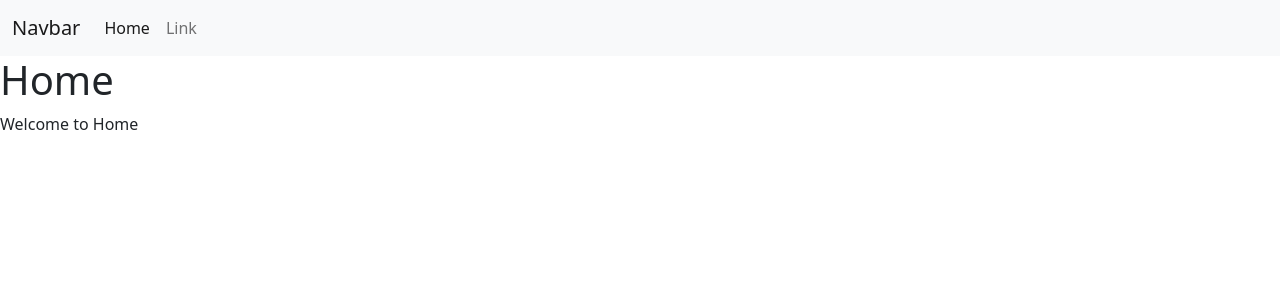
Repository: BlessingAjiboye/WEEK3DEP
Page: http://localhost/
The author's editor kept a copy of each file at every save. The page is drawn from the files as they stood at one save, then again after the next save.
The browser window is 1280 px wide. The pictures show the whole page.
The page is served by the project's Node server (server.js).

Above is the page before, as saved 2022-09-20 12:40:08.

After the next save:
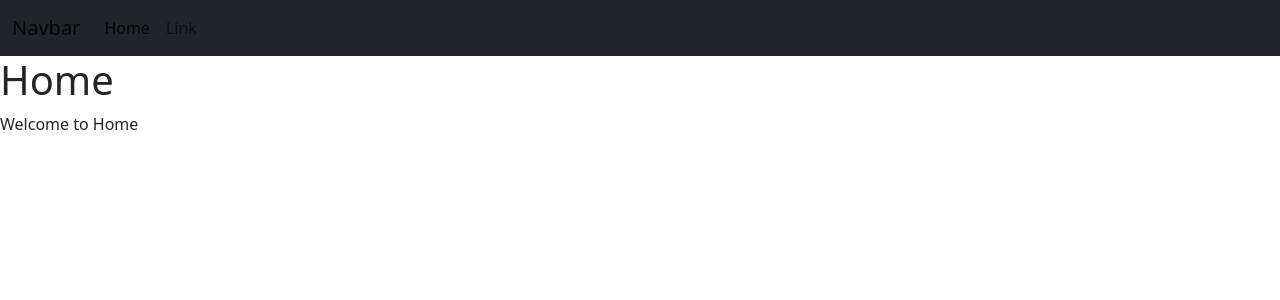
Saved 2 min 20 s later.
--- a/views/index.ejs
+++ b/views/index.ejs
@@ -11,7 +11,7 @@
   <link rel='stylesheet' href='/Content/app.css' />
 </head>
 <body>
-  <nav class="navbar navbar-expand-lg bg-light">
+  <nav class="navbar navbar-expand-lg bg-dark">
     <div class="container-fluid">
       <a class="navbar-brand" href="#">Navbar</a>
       <button class="navbar-toggler" type="button" data-bs-toggle="collapse" data-bs-target="#navbarSupportedContent" aria-controls="navbarSupportedContent" aria-expanded="false" aria-label="Toggle navigation">
